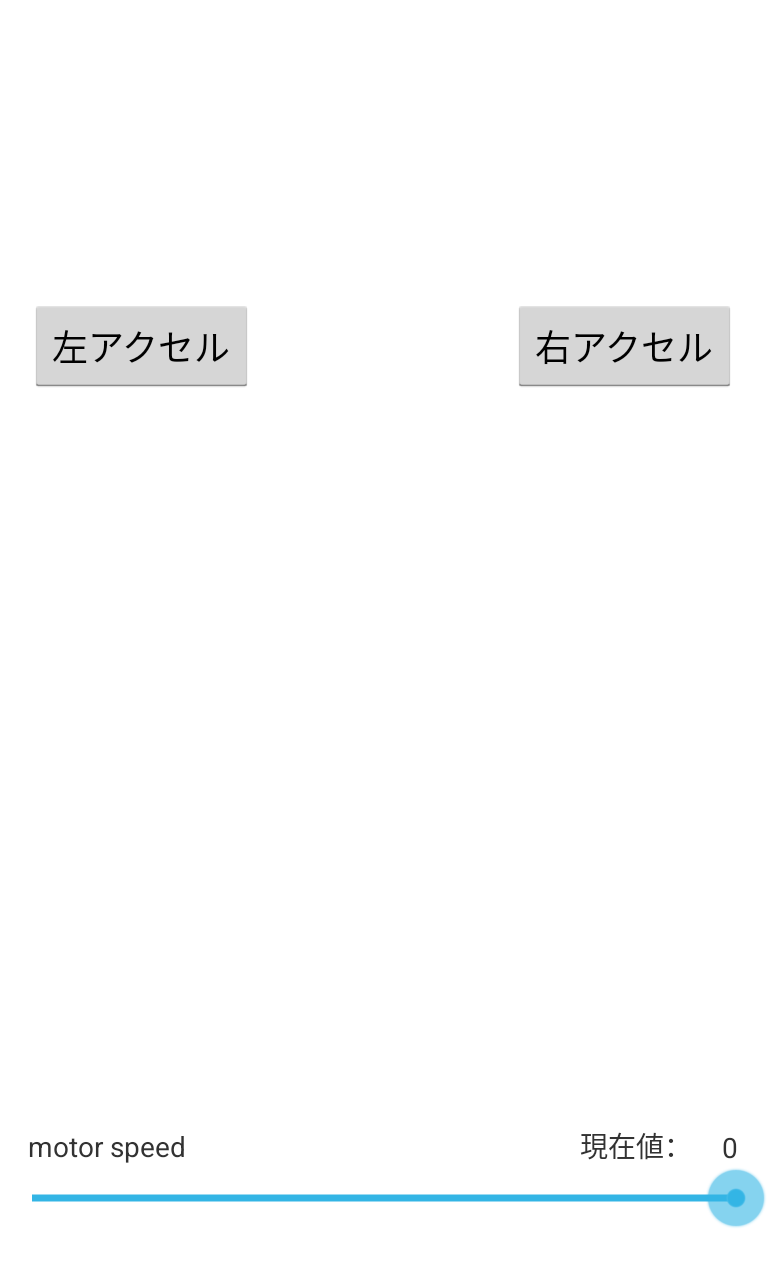
Repository: takugoto/2WD-car
Layout: workspace/2WDcar/res/layout/activity_main.xml
These files come from the project's save history. The layout is drawn as it stood at one moment and after the next save; the edit follows.
It is drawn on a 768 x 1280 px phone screen (xhdpi) without system bars, with theme AppTheme; the app's code is not run.

Above is the layout before, as saved 2012-12-13 04:33:10.

After the next save:
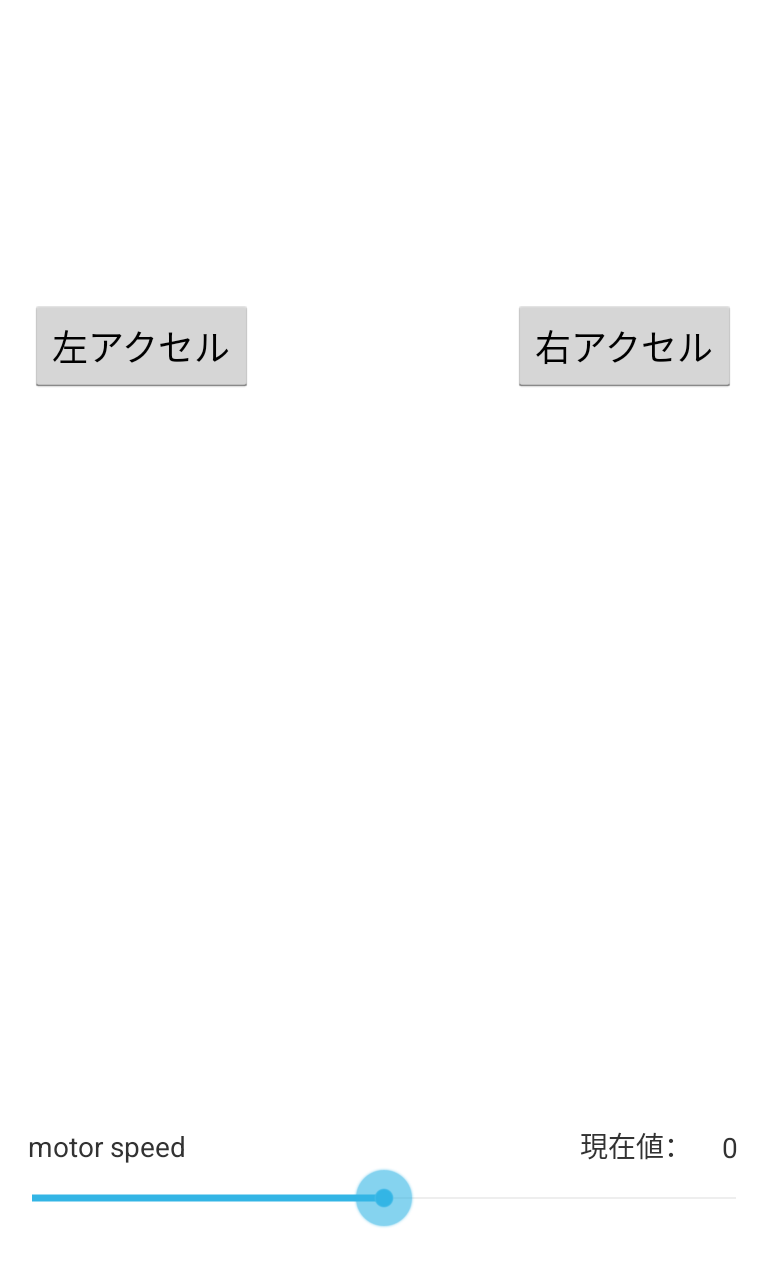
Saved 5 min 53 s later.
--- a/workspace/2WDcar/res/layout/activity_main.xml
+++ b/workspace/2WDcar/res/layout/activity_main.xml
@@ -10,8 +10,8 @@
         android:layout_alignParentBottom="true"
         android:layout_alignParentLeft="true"
         android:layout_marginBottom="25dp"
-        android:max="1000"
-        android:progress="2000" />
+        android:max="2000"
+        android:progress="1000" />
 
     <Button
         android:id="@+id/button1"
